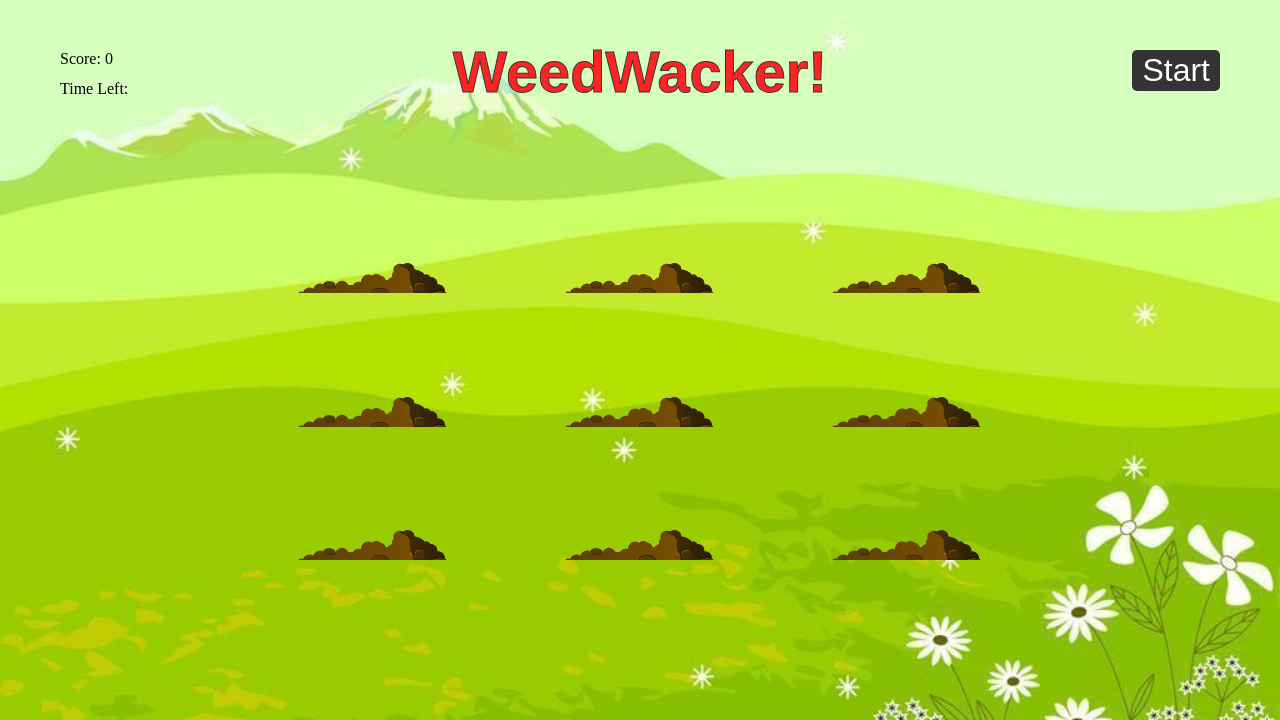
Repository: AustinW24/weedwacker
Page: index.html
The author's editor kept a copy of each file at every save. The page is drawn from the files as they stood at one save, then again after a run of saves.
The browser window is 1280 px wide. The pictures show the whole page.
Some web fonts or font styles are not loaded; a fallback is used.

Above is the page before, as saved 2022-02-11 09:59:55.

### index.html
<!DOCTYPE html>
<html lang="en">
<head>
    <meta charset="UTF-8">
    <meta name="viewport" content="width=device-width, initial-scale=1.0">
    <meta http-equiv="X-UA-Compatible" content="ie=edge">
    <title>WeedWacker</title>
    <link href="http://fonts.cdnfonts.com/css/common-pixel" rel="stylesheet">
    <link rel="stylesheet" href="style.css">
</head>

<body>
    <div class="container">
        <div class="score">Score: 0</div>
        <div class="timer">Time Left: </div>
        <div class="heading">
            <h1 class="title">WeedWacker!</h1>
        </div>
        <div class="start">
            <button onClick="startGame()">Start</button>
        </div>
        <div class="game">
            <div class="hole hole1">
                <div class="plant"></div>
            </div>
            <div class="hole hole2">
                <div class="plant"></div>
            </div>
            <div class="hole hole3">
                <div class="plant"></div>
            </div>
            <div class="hole hole4">
                <div class="plant"></div>
            </div>
            <div class="hole hole5">
                <div class="plant"></div>
            </div>
            <div class="hole hole6">
                <div class="plant"></div>
            </div>
            <div class="hole hole7">
                <div class="plant"></div>
            </div>
            <div class="hole hole8">
                <div class="plant"></div>
            </div>
            <div class="hole hole9">
                <div class="plant"></div>
            </div>
        </div>
    </div>
            <script src="main.js"></script>
</body>
</html>

### style.css
html{
    box-sizing: border-box;
    margin: 0 auto;
}

*, *:before, *:after {
    box-sizing: inherit;
}

body {
    margin: 0;
    padding: 0;

}

.container {
    height: 100vh;
    width: 100vw;
    background: url("/assets/wwbackground.jpg") no-repeat center;
    background-size: 100%;
    display: flex;
    align-items: center;
    justify-content: center;
    position: relative;
    overflow: hidden;
}

.game {
    display: flex;
    flex-wrap: wrap;
    width: 800px;
    height: 400px;
    margin: 0 auto;
}

.hole {
    flex: 1 0 33.33%;
    overflow: hidden;
    position: relative;
    margin-top: 10px;

}
.hole::after {
    display: block;
    background: url("/assets/dirt.svg") bottom center no-repeat;
    background-size: contain;
    content: '';
    position: absolute;
    width: 100%;
    height: 60px;
    z-index: 2;
    bottom: -30px;

}

button {
    font-size: 2rem;
    cursor: pointer;
    border: none;
    background: #333;
    color: #fff;
    border-radius: 5px;
    padding: 2px 10px 2px 10px;
    transition: all 0.5s ease;
}

.heading {
    display: flex;
    position: absolute;
    top: 0;
    margin-top: 0%;
    font-family: 'Common Pixel', sans-serif;
    color: rgb(255, 35, 35);
    font-size: 2vw;
    font-size: 4vh;
    -webkit-text-stroke-width: 1px;
    -webkit-text-stroke-color: rgb(53, 53, 53);
}

.score {
    left: 0;
    position: absolute;
    top: 0;
    margin-top: 50px;
    margin-left: 60px;
}

.start {
    right: 0;
    position: absolute;
    top: 0;
    margin-top: 50px;
    margin-right: 60px;
}

.timer {
    left: 0;
    position: absolute;
    top: 0;
    margin-top: 80px;
    margin-left: 60px;
}

### main.js
const holes = document.querySelectorAll('.hole');
const scoreBoard = document.querySelector('.score');
const plants = document.querySelectorAll('.plant');
const start = document.querySelector('.start');
const timer = document.querySelector('.timer');
let lastHole;
let timeUp = false;
let score = 0;
let currentTime = 10;

Loaded but not shown: assets/dirt.svg (40 lines, source omitted)

After the next 2 saves:
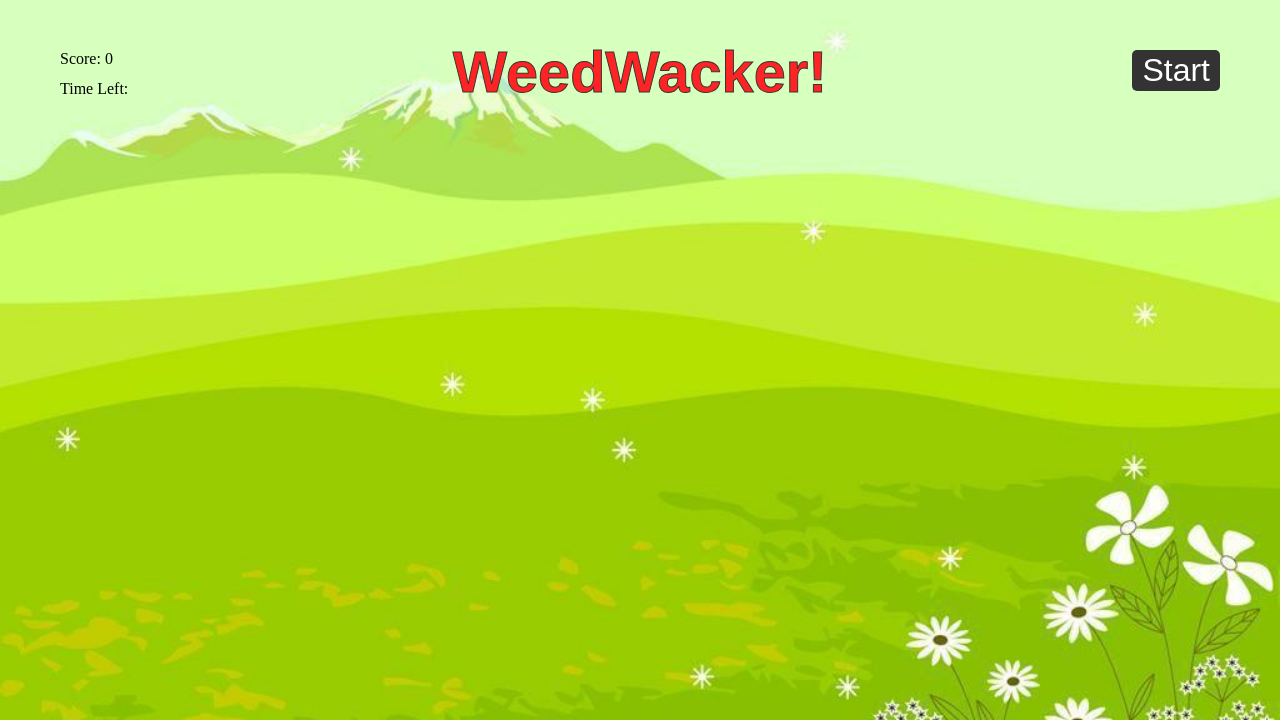
The 2 saves are shown as one change because they came seconds apart.
The last was saved 9 s later.
--- a/style.css
+++ b/style.css
@@ -31,26 +31,6 @@ body {
     width: 800px;
     height: 400px;
     margin: 0 auto;
-}
-
-.hole {
-    flex: 1 0 33.33%;
-    overflow: hidden;
-    position: relative;
-    margin-top: 10px;
-
-}
-.hole::after {
-    display: block;
-    background: url("/assets/dirt.svg") bottom center no-repeat;
-    background-size: contain;
-    content: '';
-    position: absolute;
-    width: 100%;
-    height: 60px;
-    z-index: 2;
-    bottom: -30px;
-
 }
 
 button {
